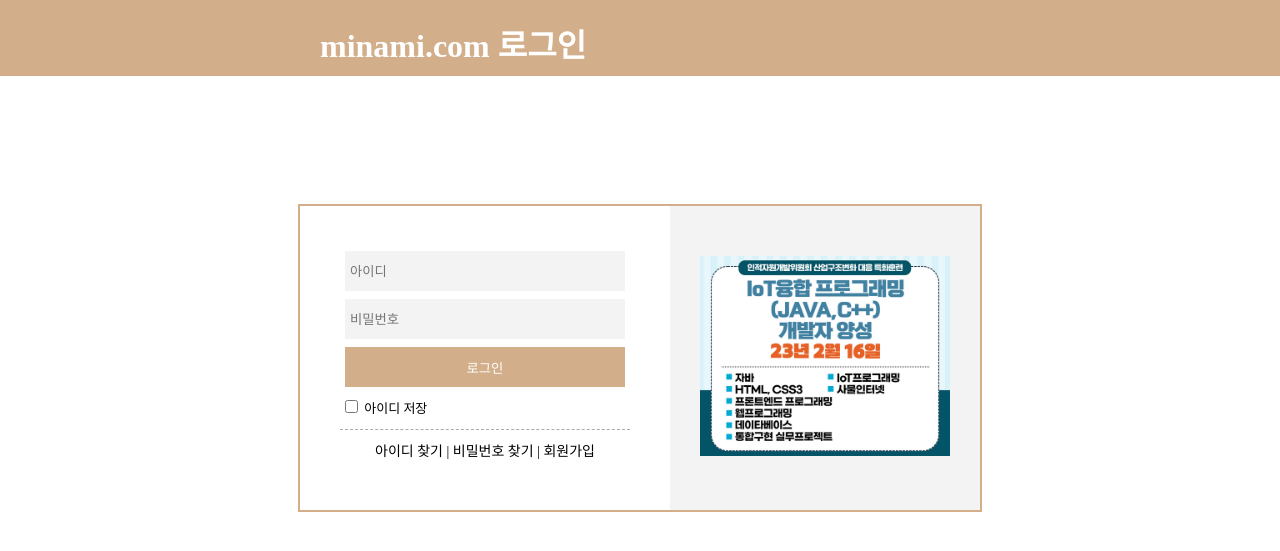
Repository: Minami0717/JSP_Study
Page: http://localhost/JSP_Gall/jsp/loginForm.jsp
These files come from the project's save history. The page is drawn as it stood at one moment and after the next save; the edit follows.
The browser window is 1280 px wide. The pictures show the whole page.
The page is served by Tomcat 9.

Above is the page before, as saved 2023-02-15 06:57:02.

After the next save:
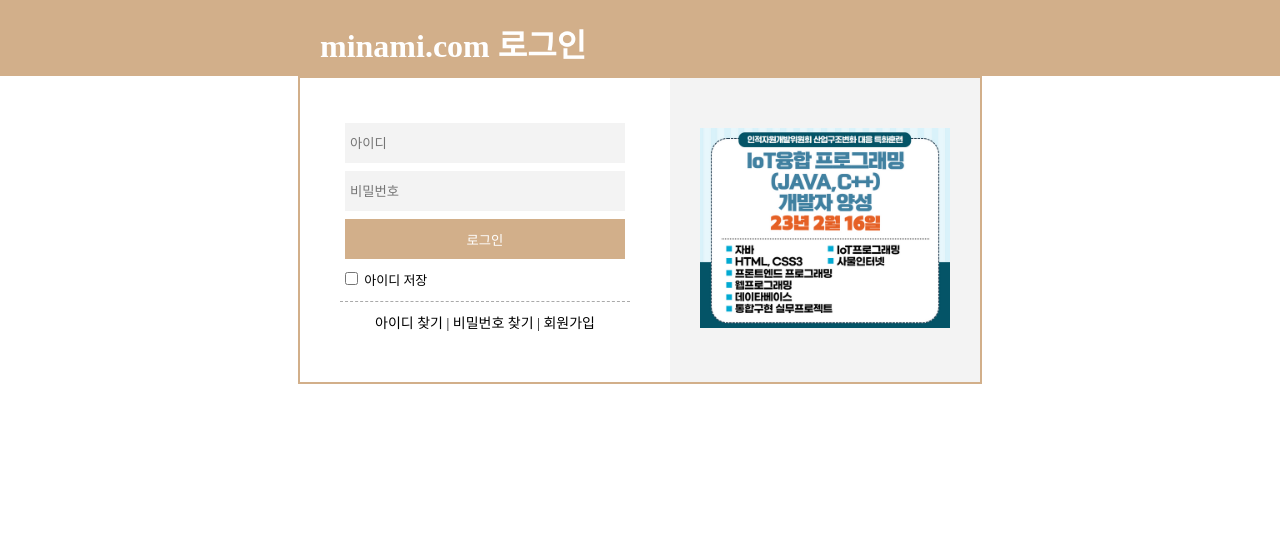
Saved 92 s later.
--- a/JSP_Gall/src/main/webapp/jsp/loginForm.jsp
+++ b/JSP_Gall/src/main/webapp/jsp/loginForm.jsp
@@ -13,7 +13,7 @@
 	header {background: #d2af8a; padding: 20px 25% 10px;}
 	header a {color: white;}
 	header a:hover {text-decoration: none;}
-	div[align=center] {display: inline-block; border: 2px solid #d2af8a; margin: 10%; font-size: 13px;}
+	div[align=center] {display: inline-block; border: 2px solid #d2af8a; margin: auto; font-size: 13px;}
 	div[align=center] > div {float: right; background: #f3f3f3; padding: 50px 30px;}
 	form {float: left; padding: 40px;}
 	form div {border-top: 1px dashed #aaa; padding: 10px 0; font-size: 14px;}

After the save that followed:
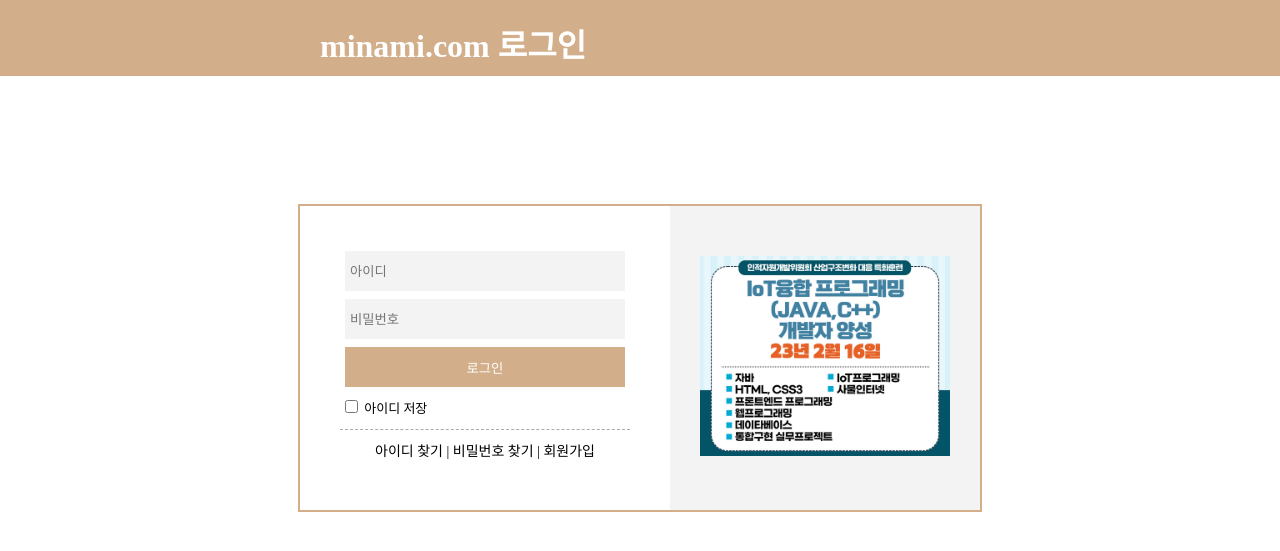
Saved 23 s later.
--- a/JSP_Gall/src/main/webapp/jsp/loginForm.jsp
+++ b/JSP_Gall/src/main/webapp/jsp/loginForm.jsp
@@ -13,7 +13,7 @@
 	header {background: #d2af8a; padding: 20px 25% 10px;}
 	header a {color: white;}
 	header a:hover {text-decoration: none;}
-	div[align=center] {display: inline-block; border: 2px solid #d2af8a; margin: auto; font-size: 13px;}
+	div[align=center] {display: inline-block; border: 2px solid #d2af8a; margin: 10% auto; font-size: 13px;}
 	div[align=center] > div {float: right; background: #f3f3f3; padding: 50px 30px;}
 	form {float: left; padding: 40px;}
 	form div {border-top: 1px dashed #aaa; padding: 10px 0; font-size: 14px;}
